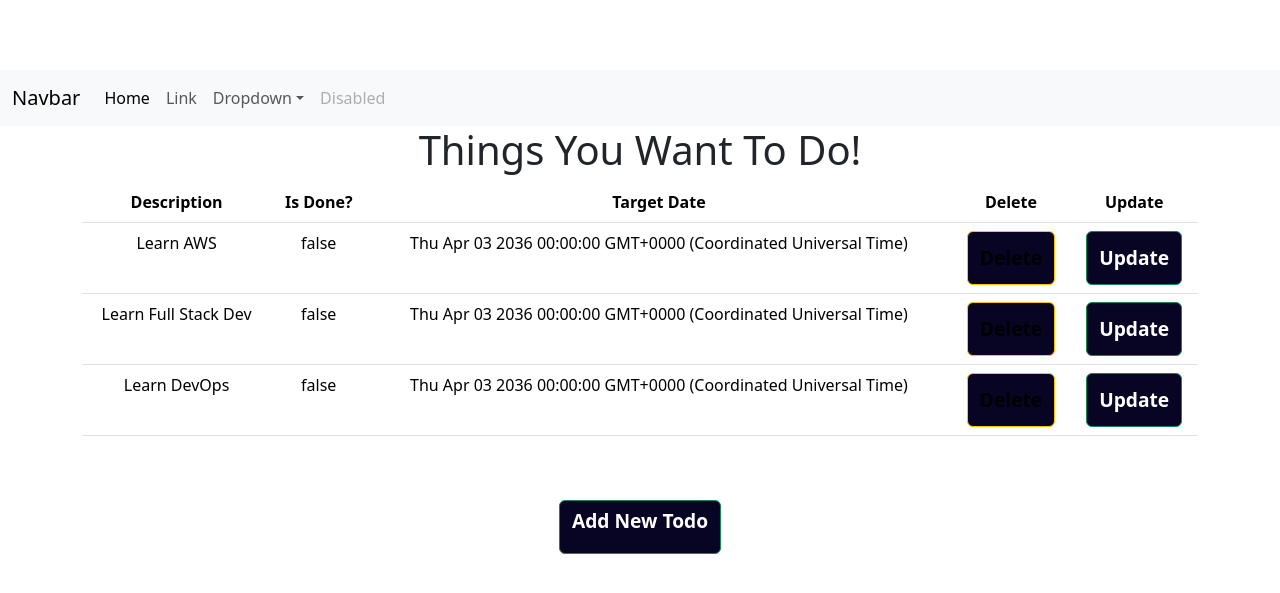
Repository: oboioz/SimpleTodoApp
Page: /todos (app in SimpleTodoAppFrontEnd/todo-app/)
The author's editor kept a copy of each file at every save. The page is drawn from the files as they stood at one save, then again after the next save.
The browser window is 1280 px wide. The pictures show the whole page.
The project was rebuilt for these pictures with package versions that can differ from the ones it lists, and the page was loaded fresh each time. Also part of the build but not shown: SimpleTodoAppFrontEnd/todo-app/src/components/todo/Login/LoginComponent.jsx, SimpleTodoAppFrontEnd/todo-app/src/components/todo/Welcome/WelcomeStyle.css, SimpleTodoAppFrontEnd/todo-app/src/components/todo/Welcome/WelcomeComponent.jsx, SimpleTodoAppFrontEnd/todo-app/src/components/todo/error/ErrorComponent.jsx, SimpleTodoAppFrontEnd/todo-app/src/components/todo/logout/LogOutComponent.jsx.

Above is the page before, as saved 2024-04-06 16:27:57.

### SimpleTodoAppFrontEnd/todo-app/src/App.js
import 'bootstrap/dist/css/bootstrap.min.css';
import './App.css';
import TodoApp from './components/TodoApp';

function App() {
  return (
    <div className="App">
      <TodoApp />
    </div>
  )
}

export default App;

### SimpleTodoAppFrontEnd/todo-app/src/App.css
.App {
  text-align: center;
}

.App-logo {
  height: 40vmin;
  pointer-events: none;
}

@media (prefers-reduced-motion: no-preference) {
  .App-logo {
    animation: App-logo-spin infinite 20s linear;
  }
}

.App-header {
  background-color: #282c34;
  min-height: 100vh;
  display: flex;
  flex-direction: column;
  align-items: center;
  justify-content: center;
  font-size: calc(10px + 2vmin);
  color: white;
}

.App-link {
  color: #61dafb;
}

@keyframes App-logo-spin {
  from {
    transform: rotate(0deg);
  }
  to {
    transform: rotate(360deg);
  }
}

.btn {
  height: 54px;
  font-size: larger;
  font-weight: bold;
  background-color: #070424;

}

### SimpleTodoAppFrontEnd/todo-app/src/components/TodoApp.jsx
import { BrowserRouter, Route, Routes } from 'react-router-dom';
import LoginComponent from "./todo/Login/LoginComponent";
import WelcomeComponent from "./todo/Welcome/WelcomeComponent";
import ErrorComponent from "./todo/error/ErrorComponent";
import HeaderComponent from './todo/header/HeaderComponent';
import OptionalHeader from './todo/header/OptionalHeader';
import ListTodoComponent from './todo/list-todo/ListTodoComponent';
import LogoutComponent from './todo/logout/LogOutComponent';
import AuthProvider from './todo/security/AuthContext';

export default function TodoApp() {




    return (
        <div className="todo-app">


            <AuthProvider>


                <BrowserRouter>

                    <OptionalHeader>
                        <HeaderComponent />
                    </OptionalHeader>

                    <Routes>
                        <Route path='/' element={<LoginComponent />} />
                        <Route path='/login' element={<LoginComponent />} />
                        <Route path='/welcome/:username' element={<WelcomeComponent />} />
                        <Route path='/todos' element={<ListTodoComponent />} />
                        <Route path='/logout' element={<LogoutComponent />} />


                        <Route path='*' element={<ErrorComponent />} />

                    </Routes>

                    {/* <OptionalFooter>
                        <FooterComponent />
                    </OptionalFooter> */}


                </BrowserRouter>
            </AuthProvider>


        </div>
    )
}

### SimpleTodoAppFrontEnd/todo-app/src/components/todo/header/HeaderComponent.jsx
import { useAuth } from '../security/AuthContext';
import './HeaderStyle.css';




function HeaderComponent() {

    const authContext = useAuth()

    function logout() {
        authContext.logout()
    }

    return (

        <nav class="navbar navbar-expand-lg bg-body-tertiary">
            <div class="container-fluid">
                <a class="navbar-brand" href="#">Navbar</a>
                <button class="navbar-toggler" type="button" data-bs-toggle="collapse" data-bs-target="#navbarSupportedContent" aria-controls="navbarSupportedContent" aria-expanded="false" aria-label="Toggle navigation">
                    <span class="navbar-toggler-icon"></span>
                </button>
                <div class="collapse navbar-collapse" id="navbarSupportedContent">
                    <ul class="navbar-nav me-auto mb-2 mb-lg-0">
                        <li class="nav-item">
                            <a class="nav-link active" aria-current="page" href="#">Home</a>
                        </li>
                        <li class="nav-item">
                            <a class="nav-link" href="#">Link</a>
                        </li>
                        <li class="nav-item dropdown">
                            <a class="nav-link dropdown-toggle" href="#" role="button" data-bs-toggle="dropdown" aria-expanded="false">
                                Dropdown
                            </a>
                            <ul class="dropdown-menu">
                                <li><a class="dropdown-item" href="#">Action</a></li>
                                <li><a class="dropdown-item" href="#">Another action</a></li>
                                <li><a class="dropdown-item" href="#">Something else here</a></li>
                            </ul>
                        </li>
                        <li class="nav-item">
                            <a class="nav-link disabled" aria-disabled="true">Disabled</a>
                        </li>
                    </ul>
                </div>
            </div>
        </nav>

    )
}

export default HeaderComponent

### SimpleTodoAppFrontEnd/todo-app/src/components/todo/header/OptionalHeader.js
import React, { useEffect, useState } from 'react';
import { useLocation } from 'react-router-dom';

const OptionalHeader = ({ children }) => {

    const location = useLocation();

    const [showHeader, setShowHeader] = useState(false)

    useEffect(() => {
        if (location.pathname === '/' || location.pathname === '/login') {
            setShowHeader(false)
        } else {
            setShowHeader(true)
        }
    }, [location])

    return (
        <div>{showHeader && children}</div>
    )
}

export default OptionalHeader

### SimpleTodoAppFrontEnd/todo-app/src/components/todo/list-todo/ListTodoComponent.jsx


function ListTodoComponent() {

    const today = new Date()
    const targetDate = new Date(today.getFullYear() + 12, today.getMonth(), today.getDay())


    const todos = [
        { id: 1, description: 'Learn AWS', done: false, targetDate: targetDate },
        { id: 2, description: 'Learn Full Stack Dev', done: false, targetDate: targetDate },
        { id: 3, description: 'Learn DevOps', done: false, targetDate: targetDate },
    ]

    function addNewTodo() {
        console.log('Add New Todo')
    }

    function deleteTodo() {

    }

    function updateTodo() {

    }

    return (
        <div className="container">
            <h1>Things You Want To Do!</h1>



            <div>
                <table className="table">
                    <thead>
                        <tr>
                            <th>Description</th>
                            <th>Is Done?</th>
                            <th>Target Date</th>
                            <th>Delete</th>
                            <th>Update</th>
                        </tr>
                    </thead>
                    <tbody>
                        {
                            todos.map(
                                todo => (
                                    <tr key={todo.id}>
                                        <td>{todo.description}</td>
                                        <td>{todo.done.toString()}</td>
                                        <td>{todo.targetDate.toString()}</td>
                                        <td> <button className="btn btn-warning"
                                            onClick={() => deleteTodo(todo.id)}>Delete</button> </td>
                                        <td> <button className="btn btn-success"
                                            onClick={() => updateTodo(todo.id)}>Update</button> </td>
                                    </tr>
                                )
                            )
                        }
                    </tbody>

                </table>
            </div>
            <div className="btn btn-success m-5" onClick={addNewTodo}>Add New Todo</div>
        </div>
    )
}

export default ListTodoComponent;

### SimpleTodoAppFrontEnd/todo-app/src/components/todo/security/AuthContext.js
import { createContext, useContext, useState } from "react";

const AuthContext = createContext();
export const useAuth = () => useContext(AuthContext)



export default function AuthProvider({ children }) {

    const [isAuthenticated, setAuthenticated] = useState(false)

    const [username, setUsername] = useState(null)


    function login(username, password) {
        if (username === 'username' && password === 'password') {
            setAuthenticated(true)
            setUsername(username)
            return true
        }
        else {
            setAuthenticated(false)
            setUsername(null)
            return false
        }
    }

    function logout() {
        setAuthenticated(false)
        setUsername(null)
    }

    return (
        <AuthContext.Provider value={{ isAuthenticated, username, login, logout }}>
            {children}
        </AuthContext.Provider>
    );
}

### SimpleTodoAppFrontEnd/todo-app/src/components/todo/Login/LoginStyle.css
@import url('https://fonts.googleapis.com/css2?family=Righteous&display=swap');

.Login .row {
    display: flex;
    justify-content: center;
    align-items: center;
    height: 100vh;
}

.LoginForm {
    display: flex;
    flex-direction: column;
    text-align: left;
    justify-content: left;
    align-items: left;
    margin-top: -8vh;
}

.img {
    width: '100%';
    height: '100%';
    object-fit:'cover';
}

.gradient-background {
    background: linear-gradient(315deg, #130f40 0%, #000000 74%);
    height: 100%;
    display: flex;
    align-items: center;
    justify-content: center;
}

.Logo {
    font-family: 'Righteous', cursive;
    font-size: 3rem;
    color: white;
    margin-bottom: 2rem;
}

.form-control {
    margin-bottom: 1rem;
    height: 3rem;
}

.form-label {
    font-size: larger;
    font-weight: bold;
}

### SimpleTodoAppFrontEnd/todo-app/src/components/todo/header/HeaderStyle.css
@import url('https://fonts.googleapis.com/css2?family=Righteous&display=swap');

.logo {
    font-family: 'Righteous', cursive;
    color: #ffffff
}

header {
    background-color: transparent !important;
    box-shadow: none !important;
    position: absolute;
    width: 100%;
    top: 0;
    z-index: 1000;
    padding: 0;
    margin: 0;
}

.transparent-navbar {
    background-color: transparent !important;
    box-shadow: none !important;
    position: absolute;
    width: 100%;
    top: 0;
    z-index: 1000;
    padding: 0;
    margin: 0;
}

/* Add a margin to the body to push content down */
body {
    margin-top: 70px; /* Adjust as needed based on your navbar height */
}

Loaded but not shown: SimpleTodoAppFrontEnd/todo-app/public/index.html (common file); SimpleTodoAppFrontEnd/todo-app/src/index.js (common file); SimpleTodoAppFrontEnd/todo-app/src/index.css (common file); SimpleTodoAppFrontEnd/todo-app/src/reportWebVitals.js (common file)

After the next save:
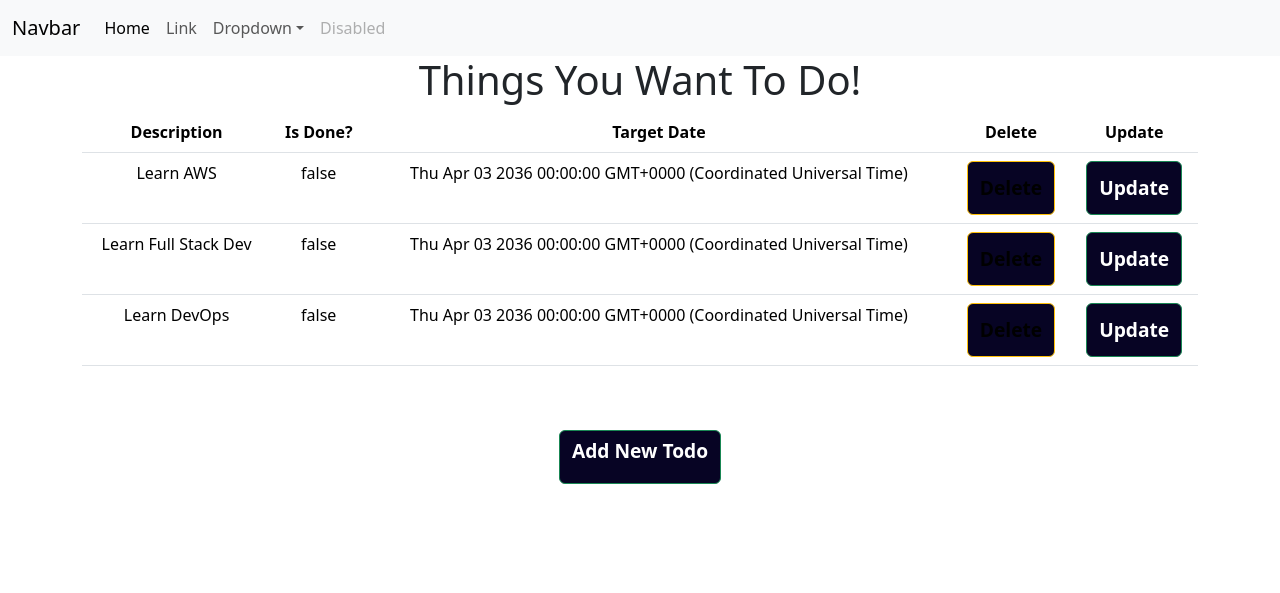
Saved 23 s later.
--- a/SimpleTodoAppFrontEnd/todo-app/src/components/todo/header/HeaderStyle.css
+++ b/SimpleTodoAppFrontEnd/todo-app/src/components/todo/header/HeaderStyle.css
@@ -4,30 +4,3 @@
     font-family: 'Righteous', cursive;
     color: #ffffff
 }
-
-header {
-    background-color: transparent !important;
-    box-shadow: none !important;
-    position: absolute;
-    width: 100%;
-    top: 0;
-    z-index: 1000;
-    padding: 0;
-    margin: 0;
-}
-
-.transparent-navbar {
-    background-color: transparent !important;
-    box-shadow: none !important;
-    position: absolute;
-    width: 100%;
-    top: 0;
-    z-index: 1000;
-    padding: 0;
-    margin: 0;
-}
-
-/* Add a margin to the body to push content down */
-body {
-    margin-top: 70px; /* Adjust as needed based on your navbar height */
-}
